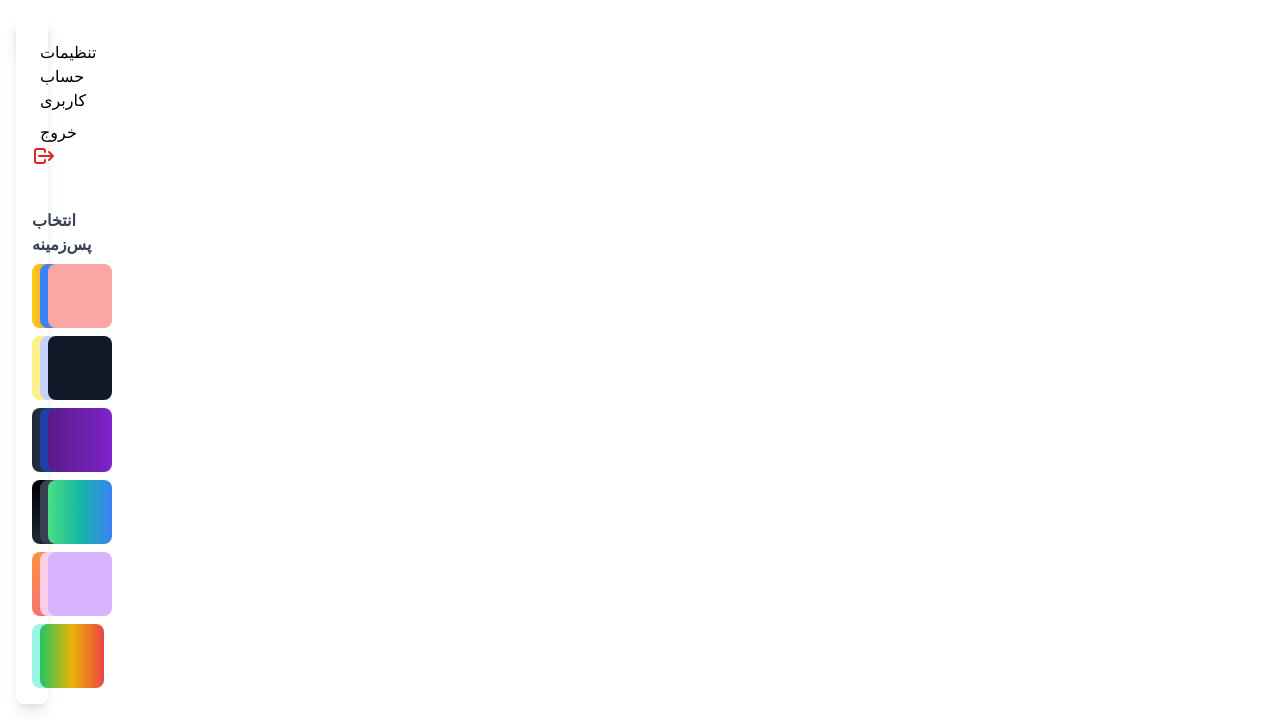
Repository: spnovaa/work-hive
Page: / (app in front_end/), after clicking the first element matching `div.z-0`
The author's editor kept a copy of each file at every save. The page is drawn from the files as they stood at one save, then again after a run of saves.
The browser window is 1280 px wide. The pictures show the whole page.
The project was rebuilt for these pictures with package versions that can differ from the ones it lists, and the page was loaded fresh each time. Also part of the build but not shown: front_end/src/api/auth.js, front_end/src/pages/login.jsx, front_end/src/pages/registration.jsx.

Above is the page before, as saved 2025-01-16 15:26:24.

After the next 5 saves:
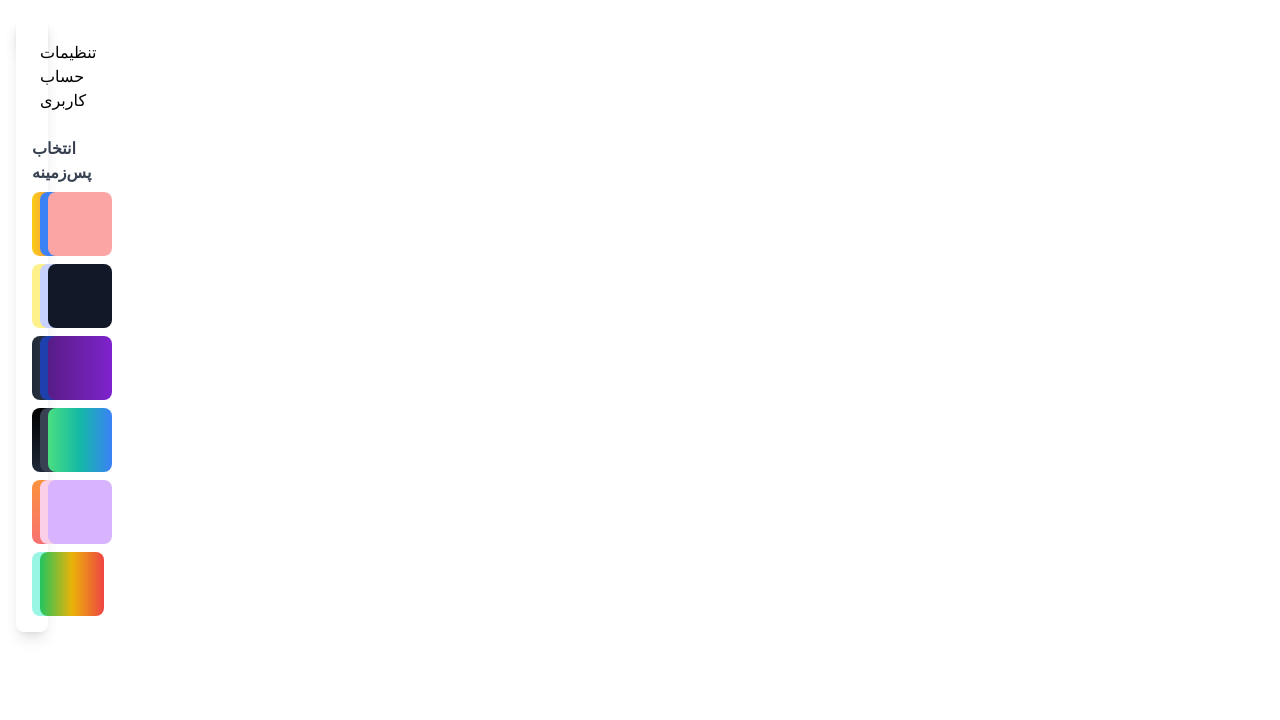
The 5 saves are shown as one change because they came seconds apart.
The last was saved 15 s later.
--- a/front_end/src/components/profile/dropdown.jsx
+++ b/front_end/src/components/profile/dropdown.jsx
@@ -73,7 +73,7 @@ const ProfileDropdown  = ({  onBackgroundChange }) => {
 
   {/* Logout */}
   <div
-    className="inline items-center justify-between p-2 cursor-pointer hover:bg-gray-100 rounded"
+    className="hidden items-center justify-between p-2 cursor-pointer hover:bg-gray-100 rounded"
     onClick={handleLogout}
   >
     <span>خروج</span>
